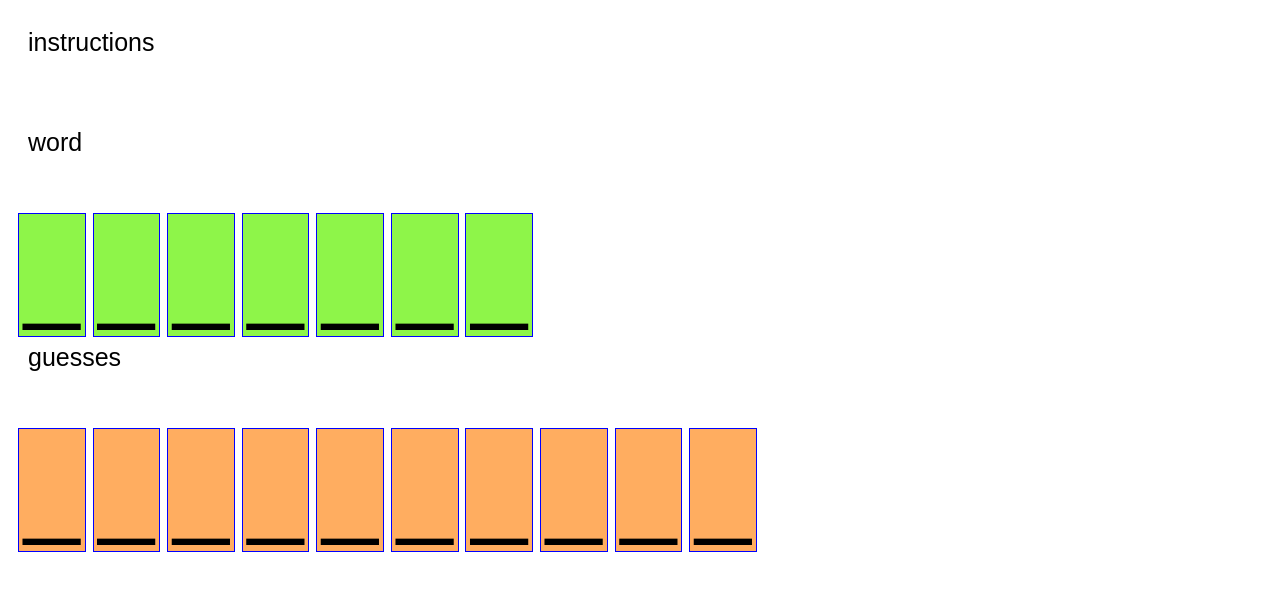
Repository: dsaftler/JavaScript
Page: index.html
The author's editor kept a copy of each file at every save. The page is drawn from the files as they stood at one save, then again after the next save.
The browser window is 1280 px wide. The pictures show the whole page.

Above is the page before, as saved 2019-03-28 17:01:48.

After the next save:
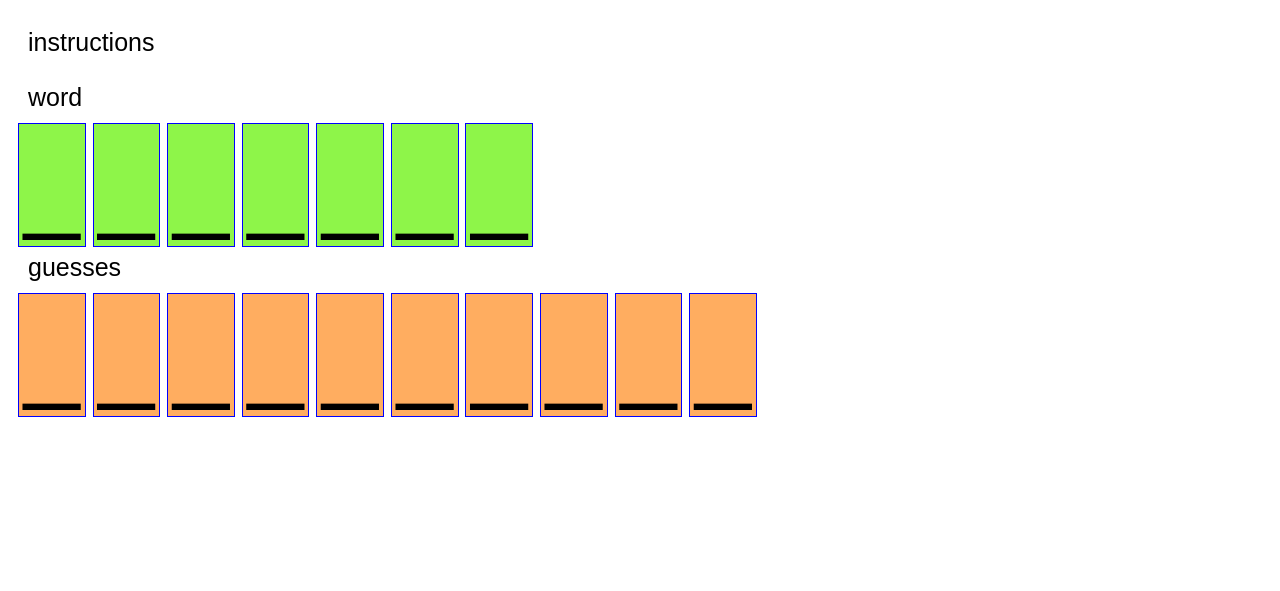
Saved 14 s later.
--- a/assets/css/style.css
+++ b/assets/css/style.css
@@ -1,5 +1,5 @@
 body {font-family: 'Ubuntu', sans-serif;}
-.showtext {height:80px;
+.showtext {height:35px;
 padding: 10px 10px;
 font-size: 25px;}
 .letter {font-size: 100px;
